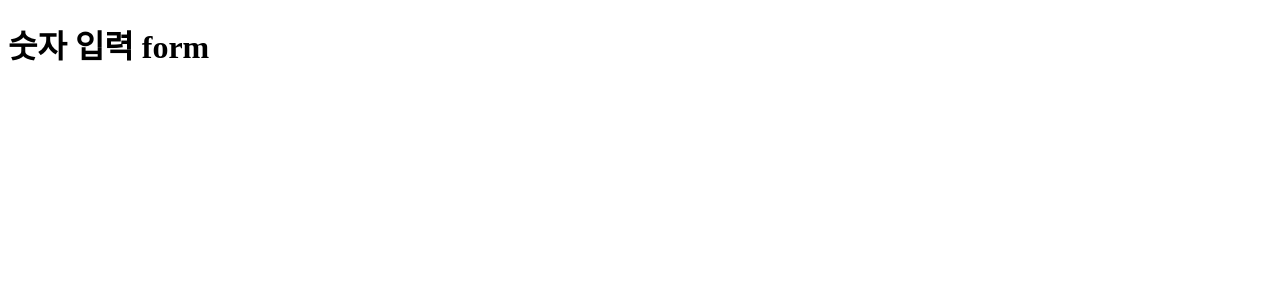
Repository: ljh5973/labweb
Page: http://localhost/JSP03/02_number_input.jsp
An editor plug-in stored every save of this project. The page is shown before and after the next save, followed by the edit.
The browser window is 1280 px wide. The pictures show the whole page.
The page is served by Tomcat 9.

Above is the page before, as saved 2022-01-10 06:16:54.

### JSP03/webapp/02_number_input.jsp
<%@ page language="java" contentType="text/html; charset=UTF-8"
    pageEncoding="UTF-8"%>
<%@ page trimDirectiveWhitespaces="true"%>
<!DOCTYPE html>
<html>
	<head>
		<meta charset="UTF-8">
		<title>EL</title>
	</head>
	<body>

	<h1>숫자 입력 form</h1>


	<form action="02_number_result.jsp" method="get"></form>
	</body>
</html>

After the next save:
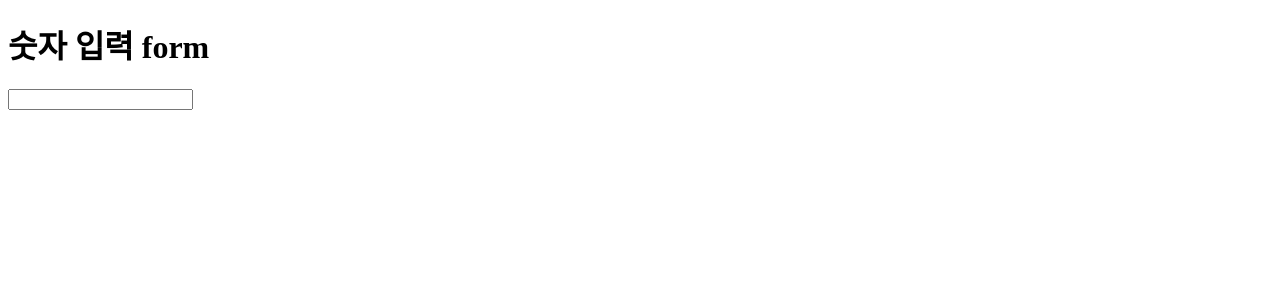
Saved 39 s later.
--- a/JSP03/webapp/02_number_input.jsp
+++ b/JSP03/webapp/02_number_input.jsp
@@ -12,6 +12,8 @@
 	<h1>숫자 입력 form</h1>
 
 
-	<form action="02_number_result.jsp" method="get"></form>
+	<form action="02_number_result.jsp" method="get">
+		<input type="number" name="number1">
+	</form>
 	</body>
 </html>
